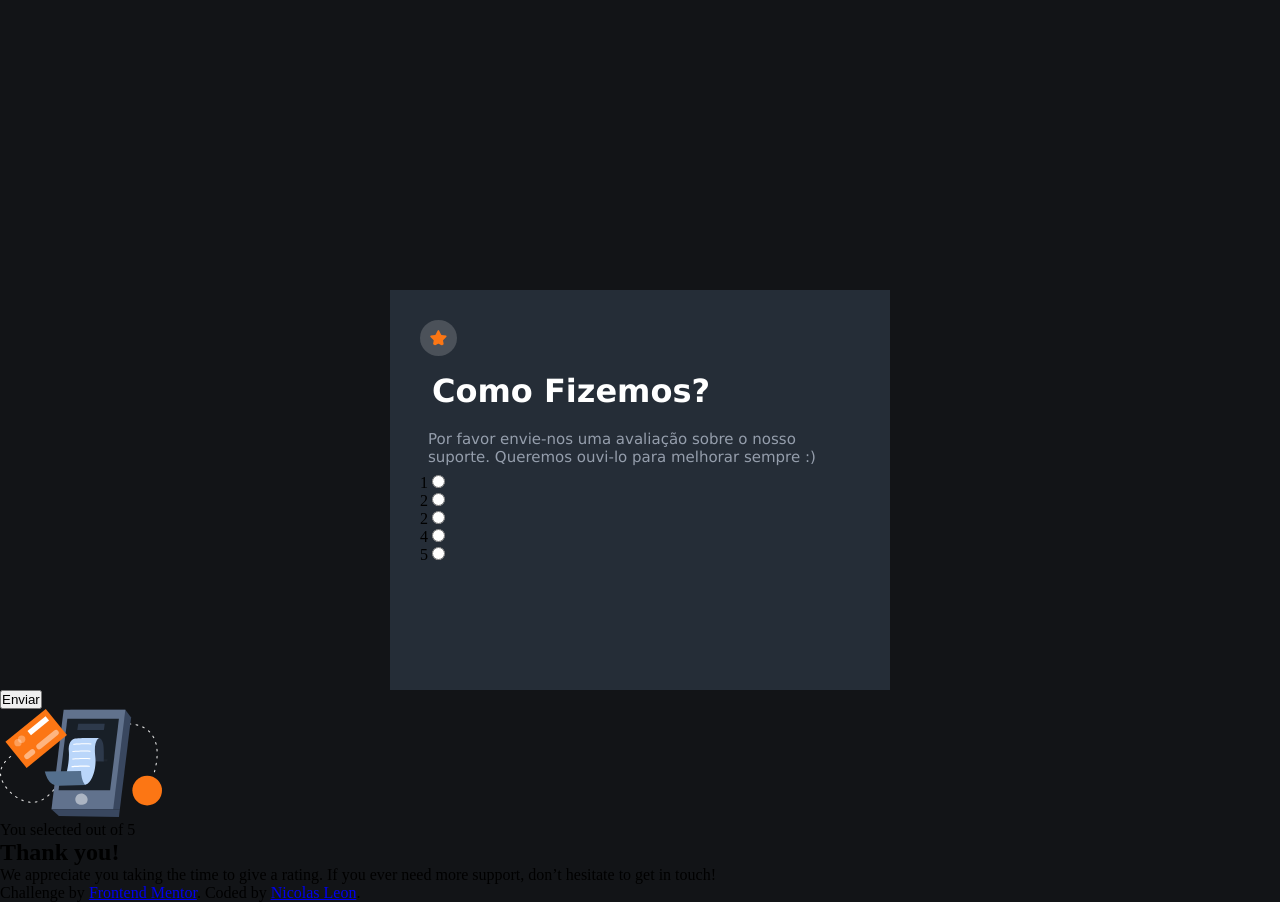
Repository: Leonngc/projeto-avaliacao
Page: index.html
An editor plug-in stored every save of this project. The page is shown before and after a run of saves, followed by the edit.
The browser window is 1280 px wide. The pictures show the whole page.

Above is the page before, as saved 2023-01-29 20:33:20.
Console error: SyntaxError: Unexpected token ')'

### index.html
<!DOCTYPE html>
<html lang="pt-br">

<head>
  <meta charset="UTF-8">
  <meta name="viewport" content="width=device-width, initial-scale=1.0">
  <!-- displays site properly based on user's device -->

  <link rel="icon" type="image/png" sizes="32x32" href="./images/favicon-32x32.png">
  <script src="js/index.js" defer></script>

  <title>Frontend Mentor | Interactive rating component</title>

  <link rel="stylesheet" href="styles/style.css">
</head>

<body>

  <!-- Rating state start -->
  <div id="card">
    <img src="images/icon-star.svg" alt="" id="icon">
    <div id="mensage">
      <h1>Como Fizemos?</h1>
      <p>Por favor envie-nos uma avaliação sobre o nosso suporte. Queremos ouvi-lo para melhorar sempre :)</p>
    </div>
    <form id="ratting">
      <div>
        <label for="ratting-one">1</label> <input type="radio" class="ratting-btn" id="ratting-one" name="ratting">
      </div>
      <div>
        <label for="ratting-two">2</label> <input type="radio" class="ratting-btn" id="ratting-two" name="ratting">
      </div>
      <div>
        <label for="ratting-three">2</label> <input type="radio" class="ratting-btn" id="ratting-three" name="ratting">
      </div>
      <div>
        <label for="ratting-four">4</label> <input type="radio" class="ratting-btn" id="ratting-four" name="ratting">
      </div>
      <div>
        <label for="ratting-five">5</label> <input type="radio" class="ratting-btn" id="ratting-five" name="ratting">
      </div>
    </div>
      <input type="submit" value="Enviar" onclick="sent()" id="">
  </form>

  <!-- Rating state end -->

  <!-- Thank you state start -->

  <section id="result-avaliation" class="avaliation-form">
    <div id="thank-image">
      <img src="images/illustration-thank-you.svg" alt="">
    </div>


    <p id="avaliation-user">You selected <!--ratting result --> out of 5</p>
    <h1>Thank you!</h1>
    <p id="thanks-mensage">
      We appreciate you taking the time to give a rating. If you ever need more support,
      don’t hesitate to get in touch!
    </p>
  </section>

  <!-- Thank you state end -->


  <footer class="attribution">
    Challenge by <a href="https://www.frontendmentor.io?ref=challenge" target="_blank">Frontend Mentor</a>.
    Coded by <a href="#">Nicolas Leon</a>.
  </footer>
</body>

</html>

### js/index.js
switch () {
    case value:

        break;

    default:
        break;
}

### styles/style.css
:root {
  --very-dark-blue: hsl(216, 12%, 8%);
  --dark-blue: hsl(213, 19%, 18%);
  --medium-grey: hsl(216, 12%, 54%);
  --light-grey: hsl(217, 12%, 63%);
}

* {
  margin: 0;
  padding: 0;
  box-sizing: border-box;
}

body{
  background-color: var(--very-dark-blue);
}

#card{
  background-color: var(--dark-blue);
  width: 500px;
  height: 400px;
  margin: auto;
  margin-top: 290px;
  padding: 30px;
}

.ratting{

}

#icon{
  background-color: rgba(211, 211, 211, 0.218);
  padding: 10px;
  border-radius: 50%;
}

#mensage > h1{
  font-family: 'Lucida Sans', 'Lucida Sans Regular', 'Lucida Grande', 'Lucida Sans Unicode', Geneva, Verdana, sans-serif;
  color: white;
  padding: 12px;
}

#mensage > p{
  padding: 8px;
  font-size: 15px;
  font-family: Verdana, Geneva, Tahoma, sans-serif;
  color: var(--light-grey);
}

After the next 2 saves:
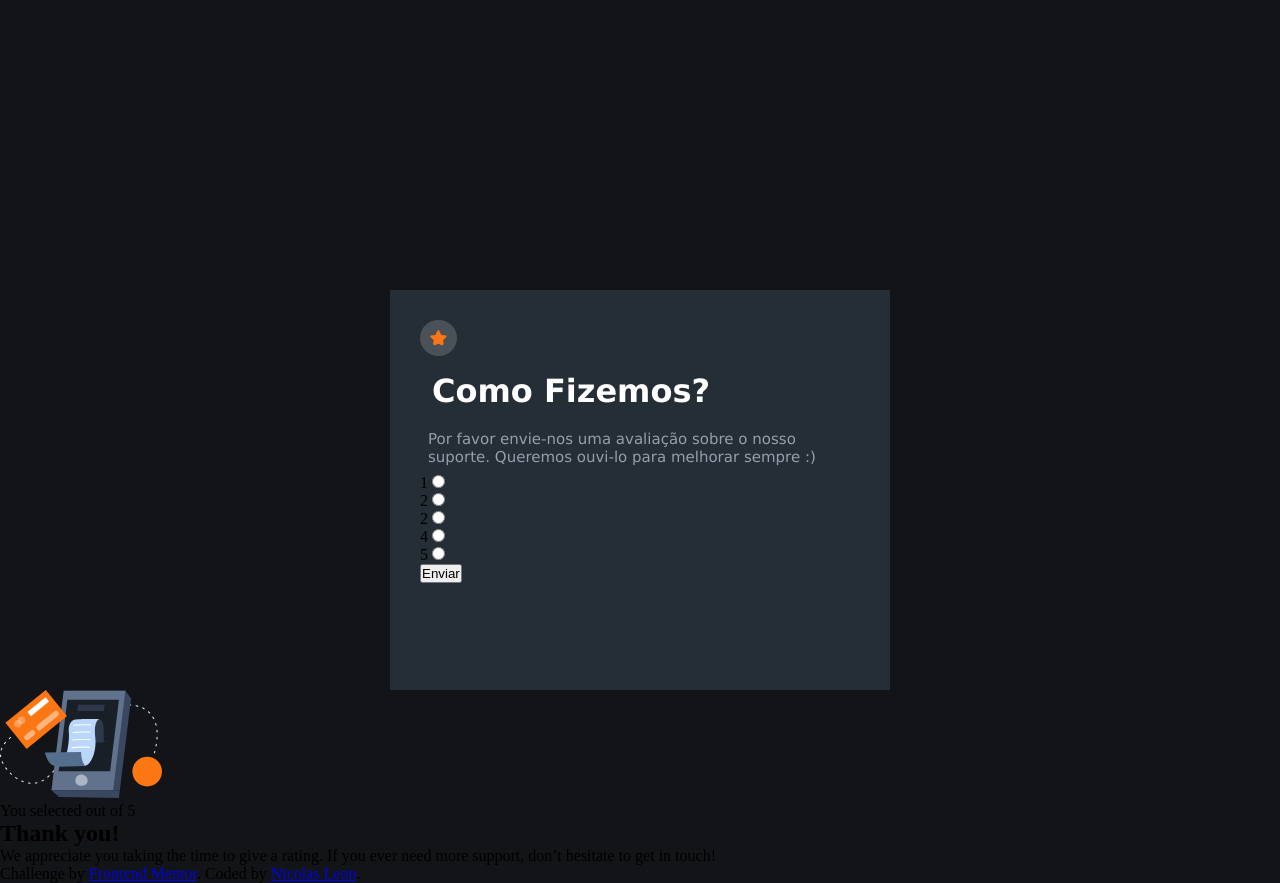
The 2 saves are shown as one change because they came seconds apart.
The last was saved 29 s later.
--- a/index.html
+++ b/index.html
@@ -39,8 +39,9 @@
       <div>
         <label for="ratting-five">5</label> <input type="radio" class="ratting-btn" id="ratting-five" name="ratting">
       </div>
+      <input type="submit" value="Enviar" onclick="sent()" id="">
     </div>
-      <input type="submit" value="Enviar" onclick="sent()" id="">
+
   </form>
 
   <!-- Rating state end -->
